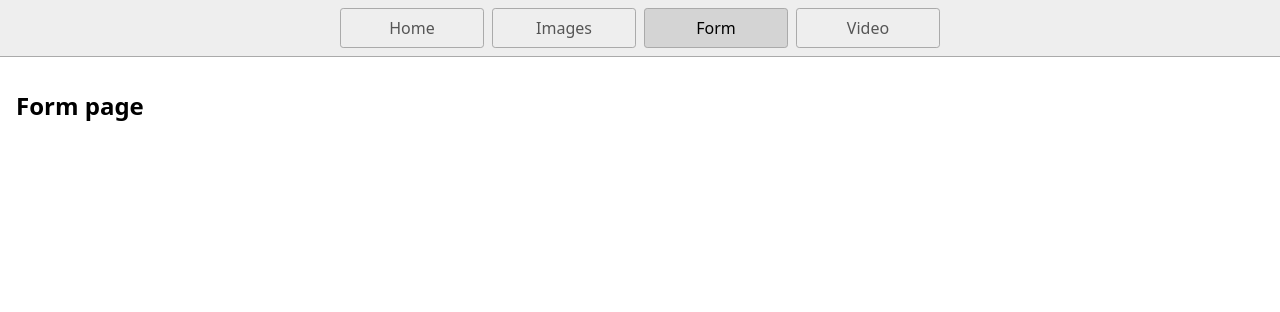
Repository: sebas6292/palmTree-Final
Page: Form.html
An editor plug-in stored every save of this project. The page is shown before and after the next save, followed by the edit.
The browser window is 1280 px wide. The pictures show the whole page.

Above is the page before, as saved 2023-05-27 09:28:58.
Not found: script.js

### Form.html
<!DOCTYPE html>
<html lang="en">
  <head>
    <title>Home</title>
    <meta charset="UTF-8" />
    <meta name="viewport" content="width=device-width" />
    <!--
      Need a visual blank slate?
      Remove all code in `styles.css`!
    -->
    <link rel="stylesheet" href="styles.css" />
    <script type="module" src="script.js"></script>
  </head>
  <body>
    <nav>
      <a href="/Home.html">Home</a>
      <a href="/Images.html">Images</a>
      <a href="/Form.html" aria-current="page">Form</a>
      <a href="/Video.html">Video</a>
    </nav>
    <main>
      <h1>Form page</h1>
    </main>
  </body>
</html>

### styles.css
* {
    box-sizing: border-box;
  }

  body {
    margin: 0;
    font-family: system-ui, sans-serif;
    color: black;
    background-color: white;
  }

  nav {
    display: flex;
    flex-wrap: wrap;
    align-items: center;
    justify-content: center;
    padding: 0.5rem;
    gap: 0.5rem;
    border-bottom: solid 1px #aaa;
    background-color: #eee;
  }

  nav a {
    display: inline-block;
    min-width: 9rem;
    padding: 0.5rem;
    border-radius: 0.2rem;
    border: solid 1px #aaa;
    text-align: center;
    text-decoration: none;
    color: #555;
  }

  nav a[aria-current='page'] {
    color: #000;
    background-color: #d4d4d4;
  }

  main {
    padding: 1rem;
  }

  h1 {
    font-weight: bold;
    font-size: 1.5rem;
  }

After the next save:
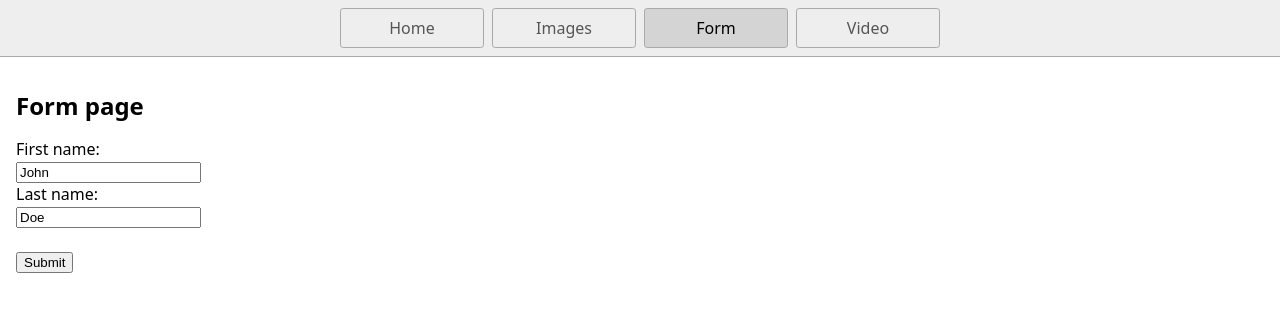
Saved 88 min 13 s later.
--- a/Form.html
+++ b/Form.html
@@ -20,6 +20,13 @@
     </nav>
     <main>
       <h1>Form page</h1>
+      <form action="/action_page.php">
+        <label for="fname">First name:</label><br>
+        <input type="text" id="fname" name="fname" value="John"><br>
+        <label for="lname">Last name:</label><br>
+        <input type="text" id="lname" name="lname" value="Doe"><br><br>
+        <input type="submit" value="Submit">
+      </form>
     </main>
   </body>
 </html>
